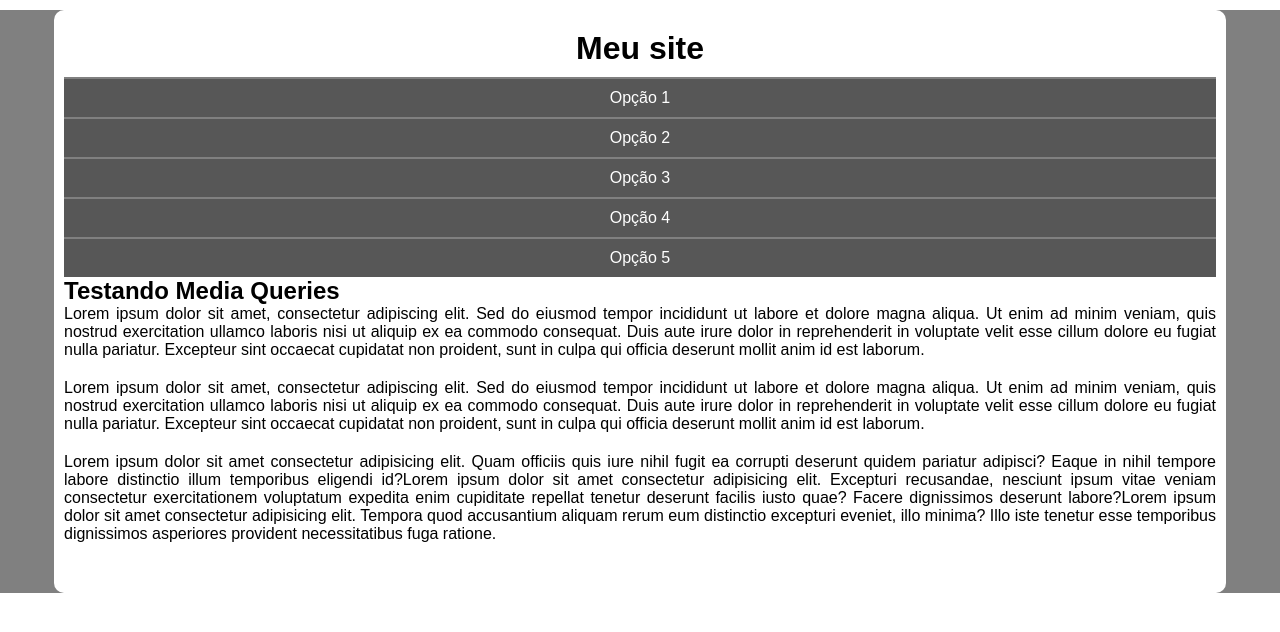
Repository: Sandro1969-tech/menu-hamburger
Page: index.html
The author's editor kept a copy of each file at every save. The page is drawn from the files as they stood at one save, then again after a run of saves.
The browser window is 1280 px wide. The pictures show the whole page.

Above is the page before, as saved 2025-12-25 18:54:34.

After the next 2 saves:
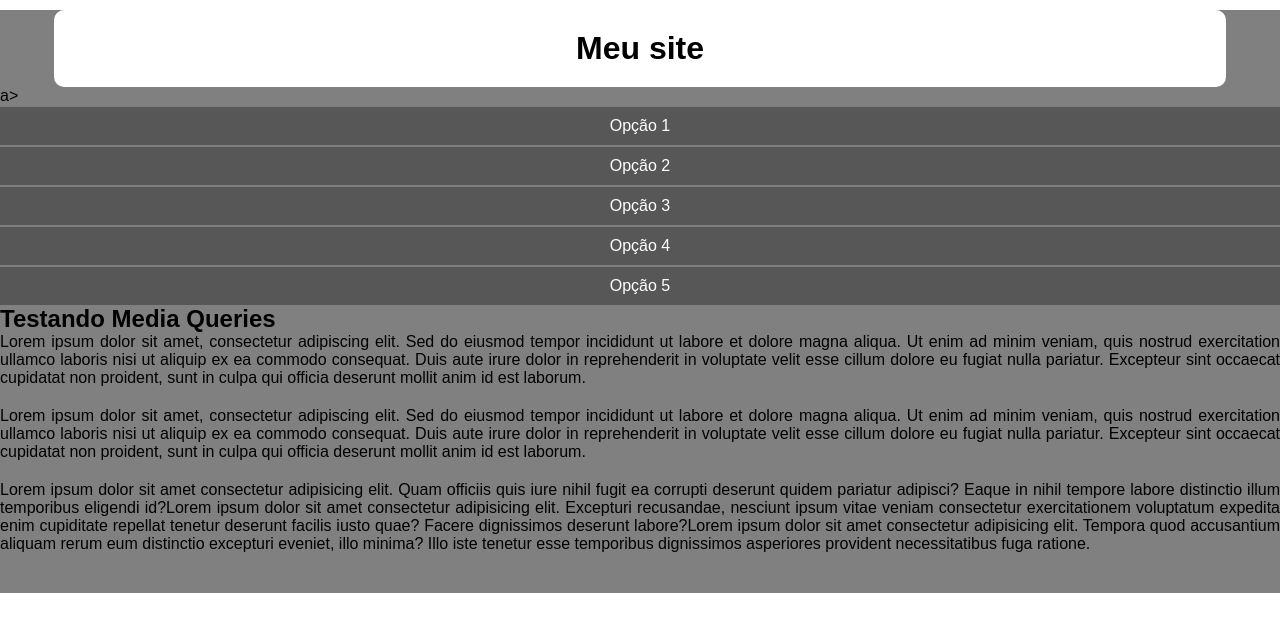
The 2 saves are shown as one change because they came seconds apart.
The last was saved 8 s later.
--- a/index.html
+++ b/index.html
@@ -10,7 +10,7 @@
   <header>
     <main>
             <h1>Meu site</h1>
-            <a<img src="image/iconmenu.png" alt="menu" class="menu-icon">
+            <a<img src="image/iconmenu.png" alt="menu" class="menu-icon"></main>a>
 
 
 
